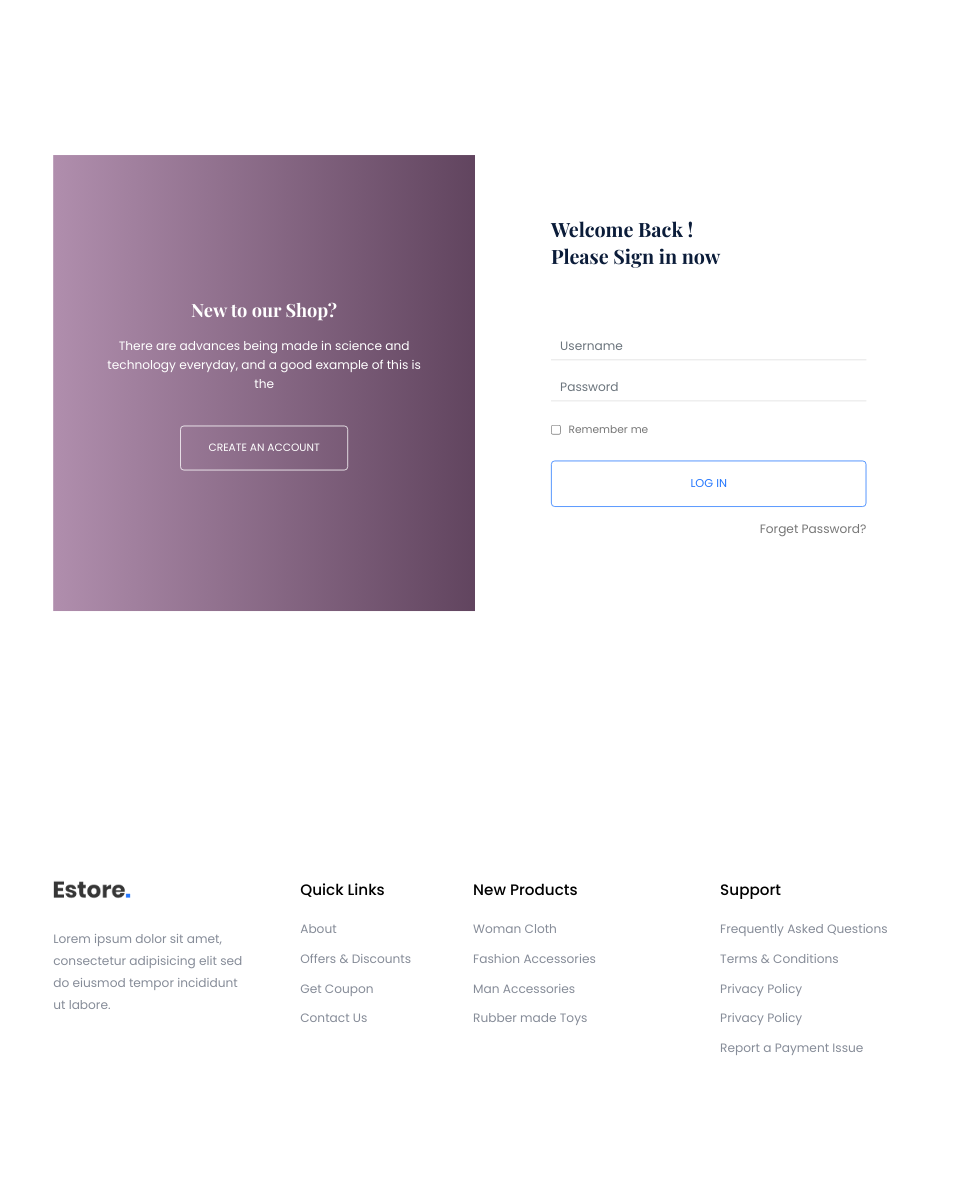
Repository: tuanloc782004/Estore-Bookshop-Website
Page: http://localhost/auth/login
These files come from the project's save history. The page is drawn as it stood at one moment and after the next save; the edit follows.
The browser window is 1280 px wide. The pictures show the whole page, at 76% of full size.
Some web fonts or font styles are not loaded; a fallback is used. The page is this project's Thymeleaf template; nobody is signed in. The template is opened directly, without the code that normally fills it, so the values that code supplies are empty.

Above is the page before, as saved 2024-10-26 03:06:25.

After the next save:
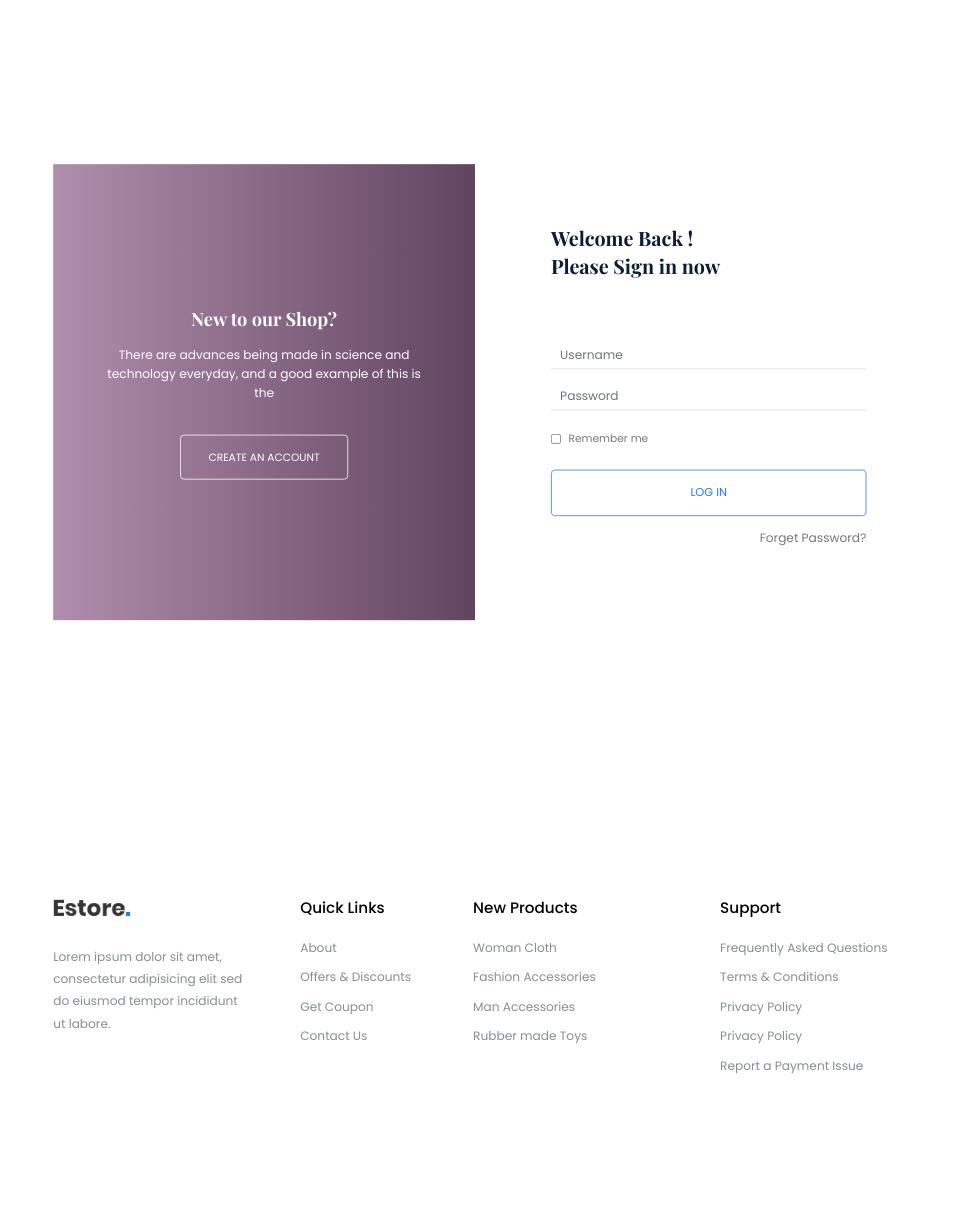
Saved 9 s later.
--- a/myscp/src/main/resources/templates/auth/login.html
+++ b/myscp/src/main/resources/templates/auth/login.html
@@ -9,7 +9,7 @@
 	<!--================login_part Area =================-->
 	<section class="login_part section_padding ">
 		<div class="container">
-			<div class="row align-items-center mt-1 mb-1">
+			<div class="row align-items-center mt-3 mb-3">
 				<div class="col-lg-6 col-md-6">
 					<div class="login_part_text text-center">
 						<div class="login_part_text_iner">
